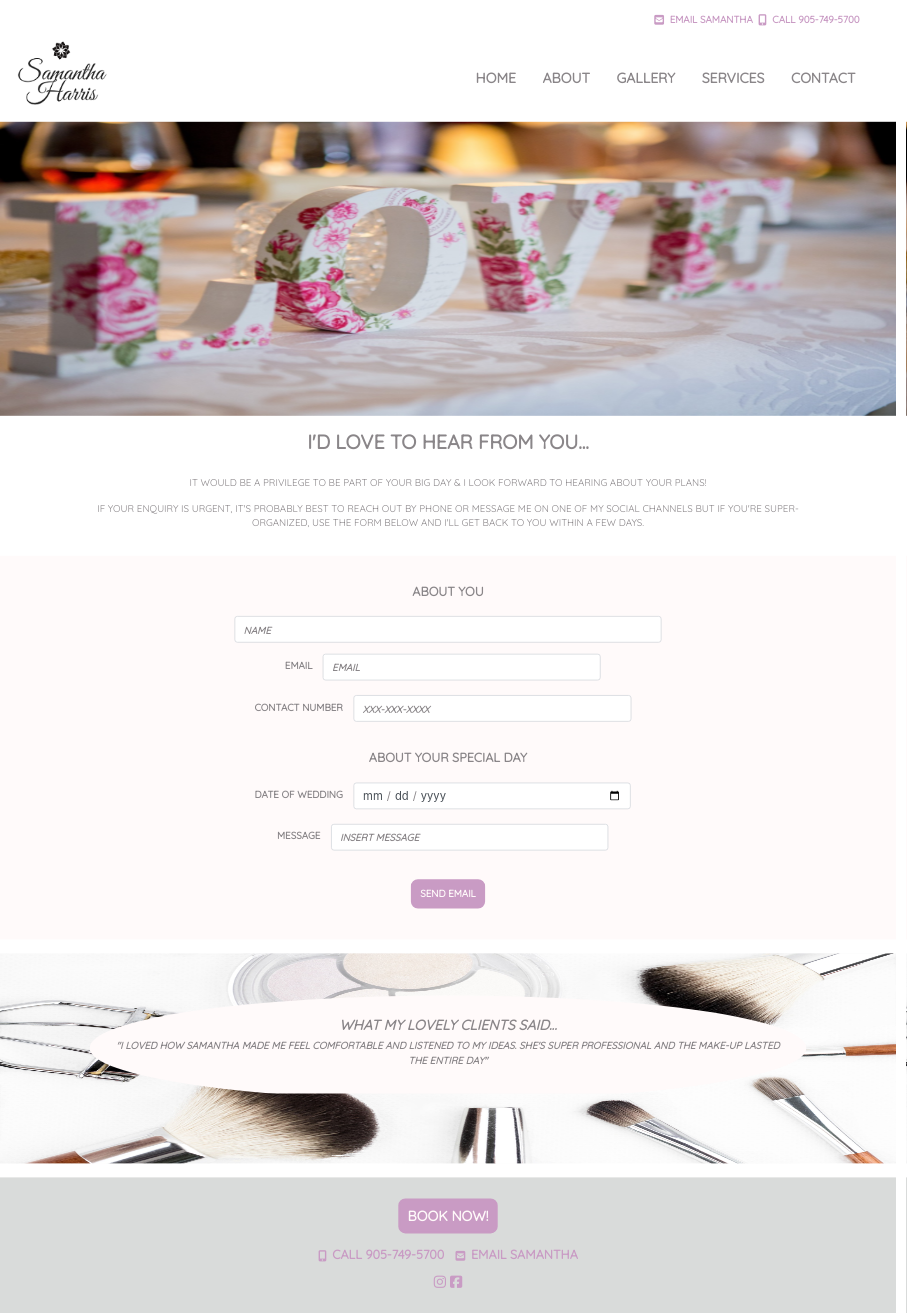
Repository: JayneyNix/milestone-1-UCFD
Page: contact.html
The author's editor kept a record of every edit. The page is drawn from the files as they stood at one moment, then again after the next edit.
The browser window is 1280 px wide. The page is 1295 px wide, so the pictures cover 1295 px, including what lies to the right of the window. The pictures show the whole page, at 70% of full size.
Some web libraries are served in a nearby version.

Above is the page before.

After the next edit:
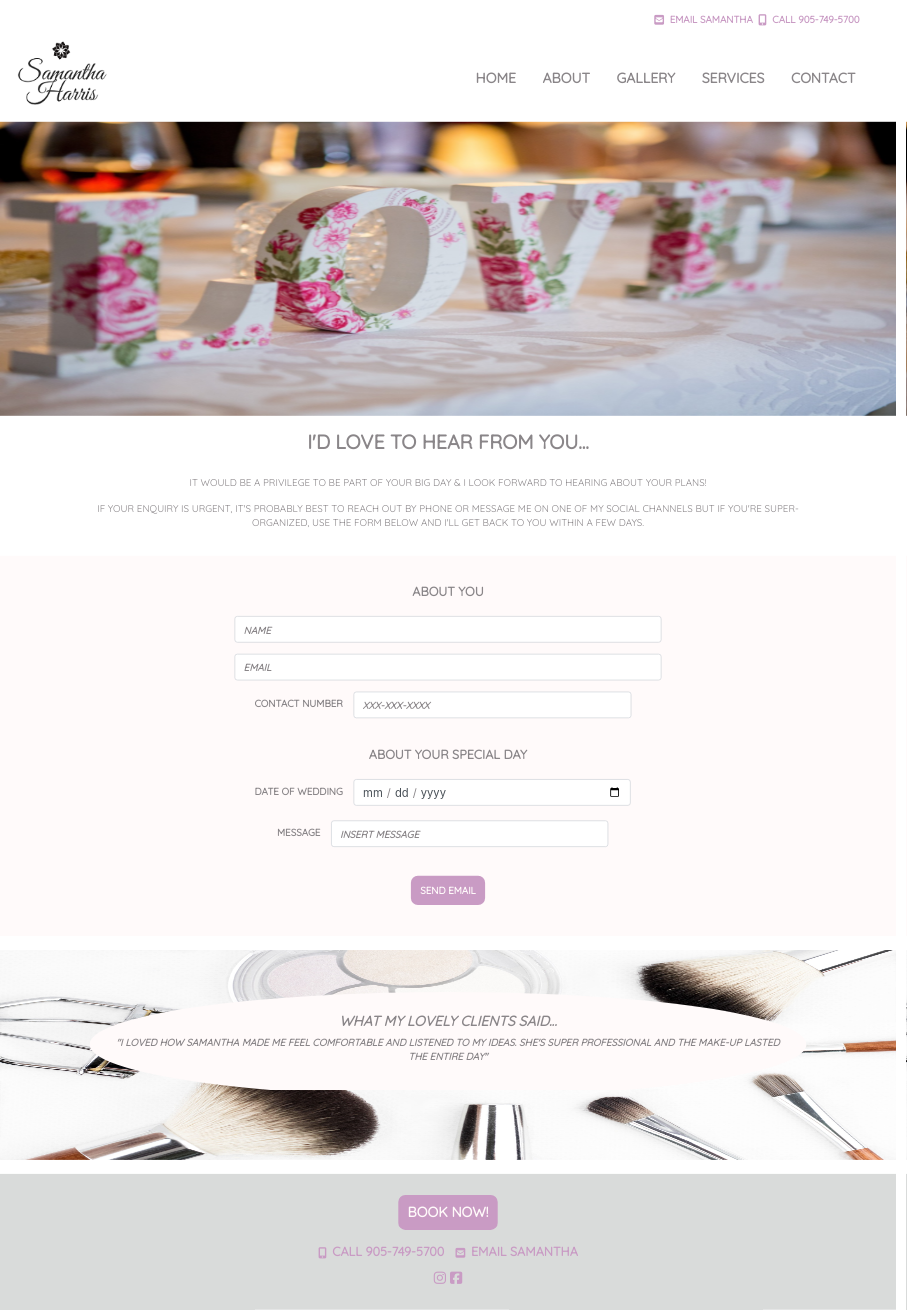
The edit:
--- a/contact.html
+++ b/contact.html
@@ -113,8 +113,8 @@
                 </div>
             </div>
             <div class="form-group row justify-content-center">
-                <label for="email"><h5 class="h5 headings col-4-offset-6 col-form-label">Email</h5></label>
-                <div class="col-4">
+
+                <div class="col-6">
                     <input type="email" class="form-control" id="email" placeholder="Email">
                 </div>
             </div>
